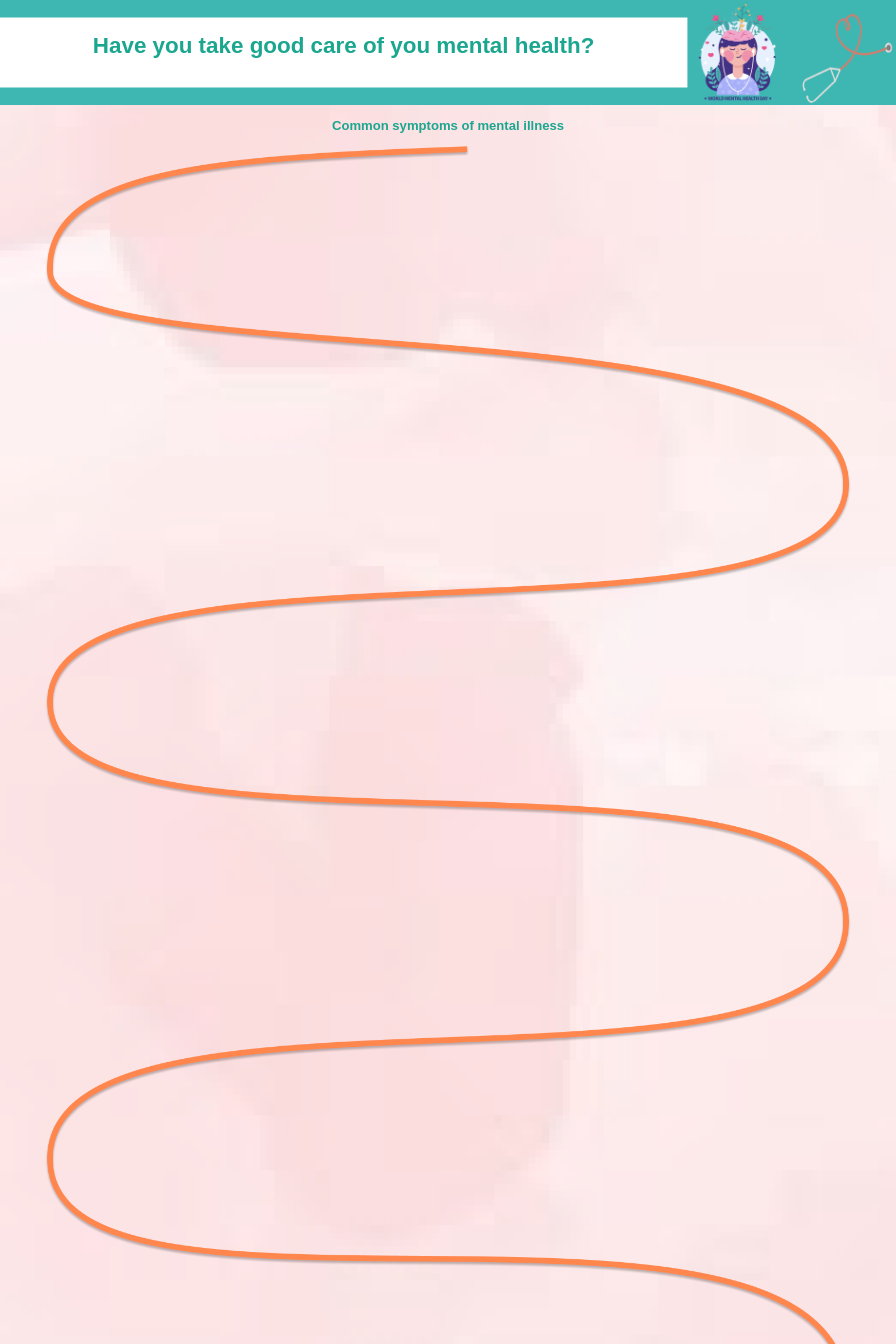
Repository: zzs1/2109-Dynamic-Content-Project
Page: Shin_code/index.html
The author's editor kept a copy of each file at every save. The page is drawn from the files as they stood at one save, then again after the next save.
The browser window is 1280 px wide. The pictures show the part of the page from y = 0 to 1920 px (the page is 2780 px tall), at 70% of full size.
Some web fonts or font styles are not loaded; a fallback is used.

Above is the page before, as saved 2021-03-09 00:13:44.

After the next save:
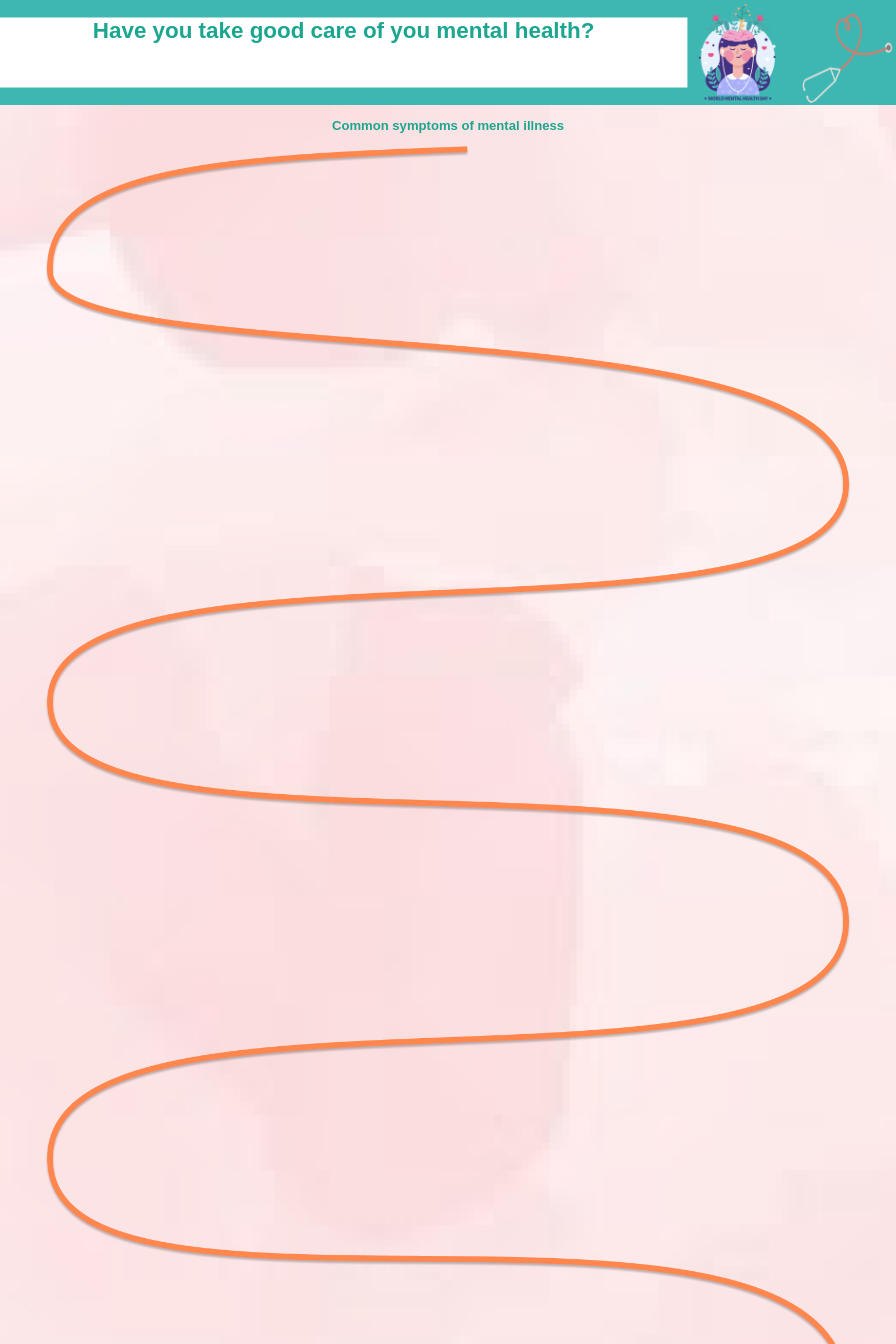
Saved 8 s later.
--- a/Shin_code/index.css
+++ b/Shin_code/index.css
@@ -77,7 +77,9 @@ color: #FFFFFF;
   height:100px;
   background-color: #FFFFFF;
 }
-.header
+.header_back > h1 {
+  margin:0
+}
 .headertitle{
 
 }
